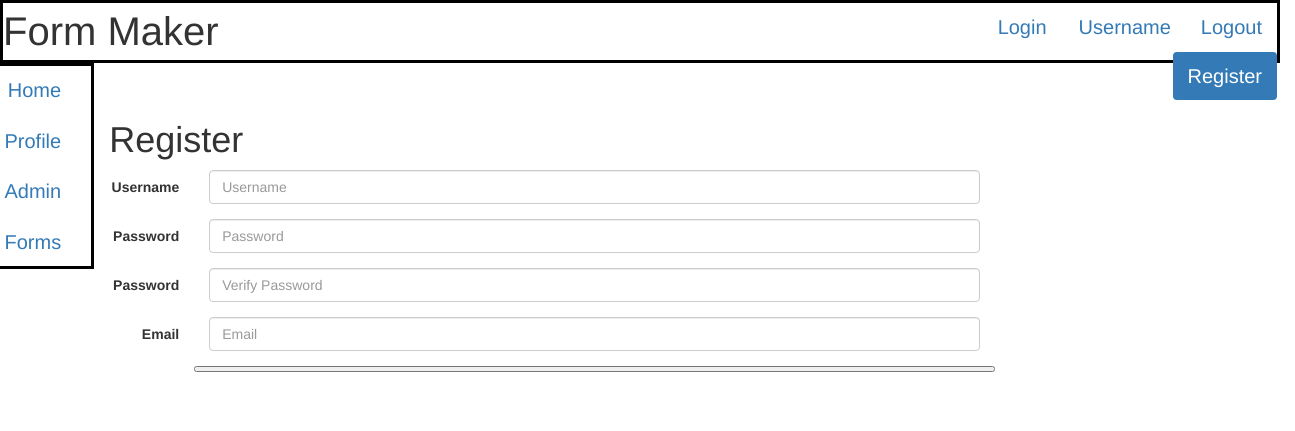
Repository: dishant8/Web-development
Page: public/WebDevWorkspace/Assignment1/WebContent/Css/Bootstrap/Register.html
These files come from the project's save history. The page is drawn as it stood at one moment and after the next save; the edit follows.
The browser window is 1280 px wide. The page is 1295 px wide, so the pictures cover 1295 px, including what lies to the right of the window. The pictures show the whole page.

Above is the page before, as saved 2015-10-04 01:38:42.

After the next save:
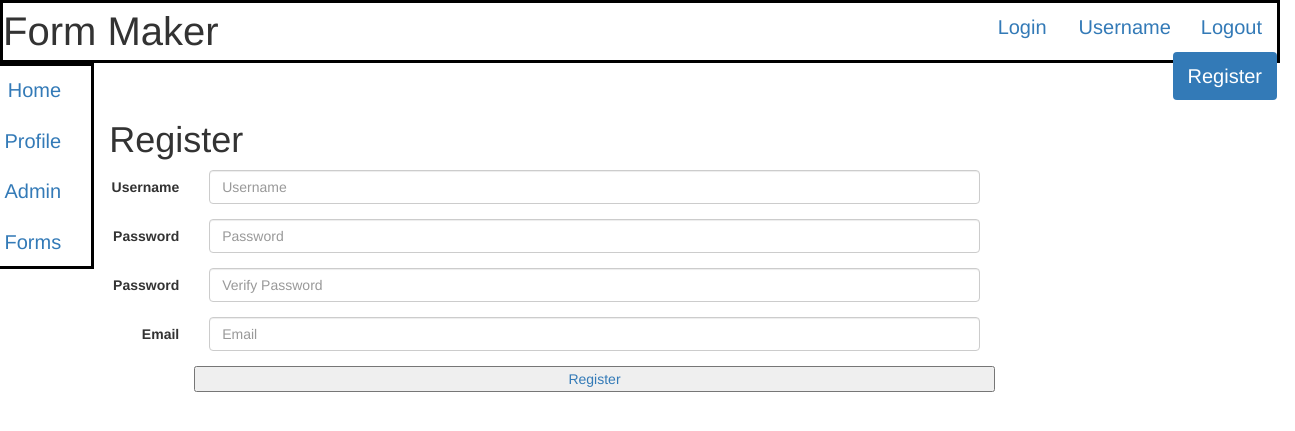
Saved 9 s later.
--- a/public/WebDevWorkspace/Assignment1/WebContent/Css/Bootstrap/Register.html
+++ b/public/WebDevWorkspace/Assignment1/WebContent/Css/Bootstrap/Register.html
@@ -76,7 +76,7 @@
 					<div class="col-sm-1"></div>
 					<div >
 						<button class="col-sm-8" type="submit" class="btn btn-default form-control">
-						<a href="profile.html"Register</button>
+						<a href="profile.html">Register</a></button>
 
 					</div>
 				</div>
